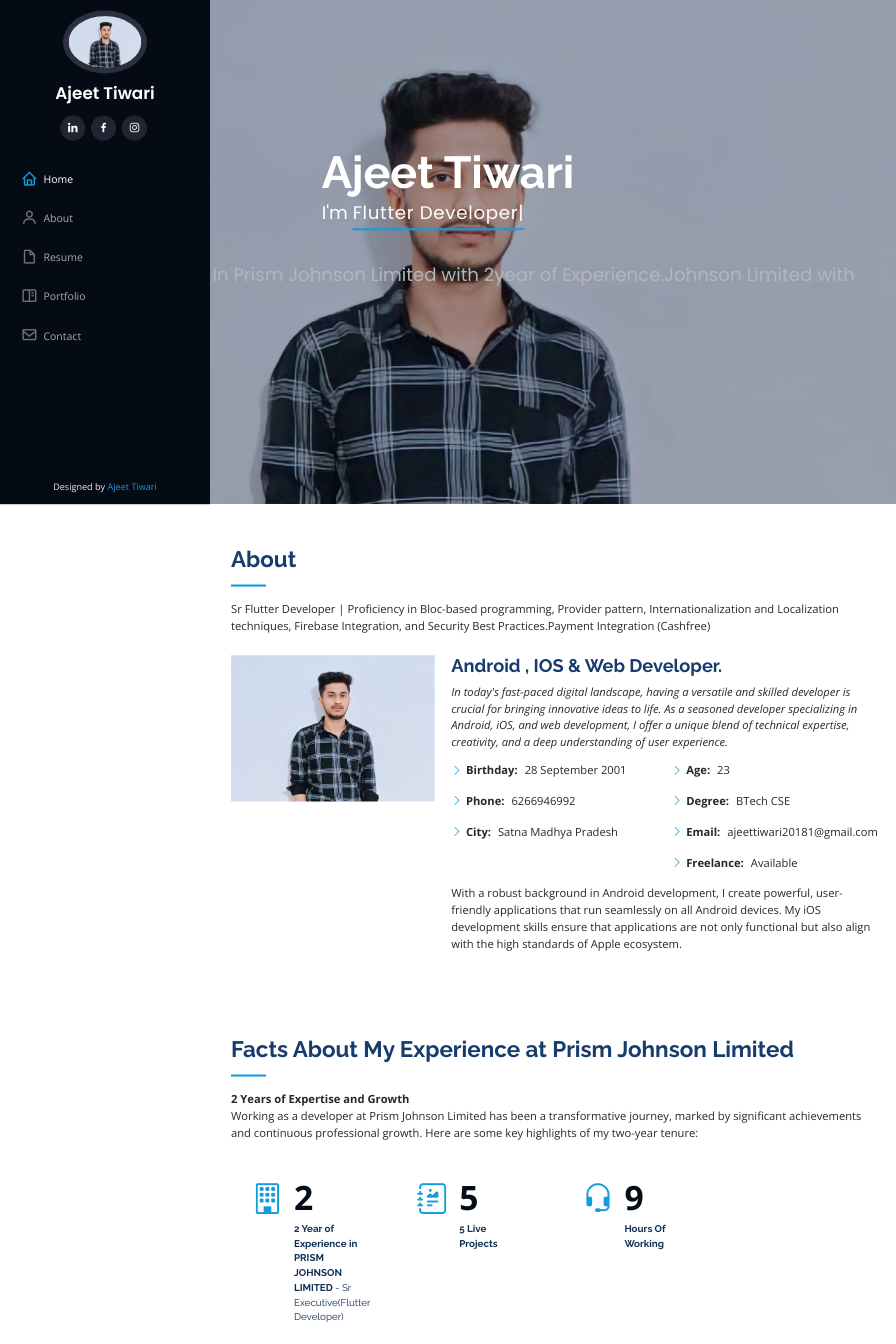
Repository: ajeettiwari-2809/iPortfolio
Page: index.html
These files come from the project's save history. The page is drawn as it stood at one moment and after the next save; the edit follows.
The browser window is 1280 px wide. The pictures show the part of the page from y = 0 to 1920 px (the page is 5395 px tall before and 5435 px after), at 70% of full size.
A picture or video elsewhere on the page could not be fetched, so the positions and the page height are approximate. Backgrounds fixed to the window are drawn as part of the page.

Above is the page before, as saved 2024-06-05 15:23:59.

After the next save:
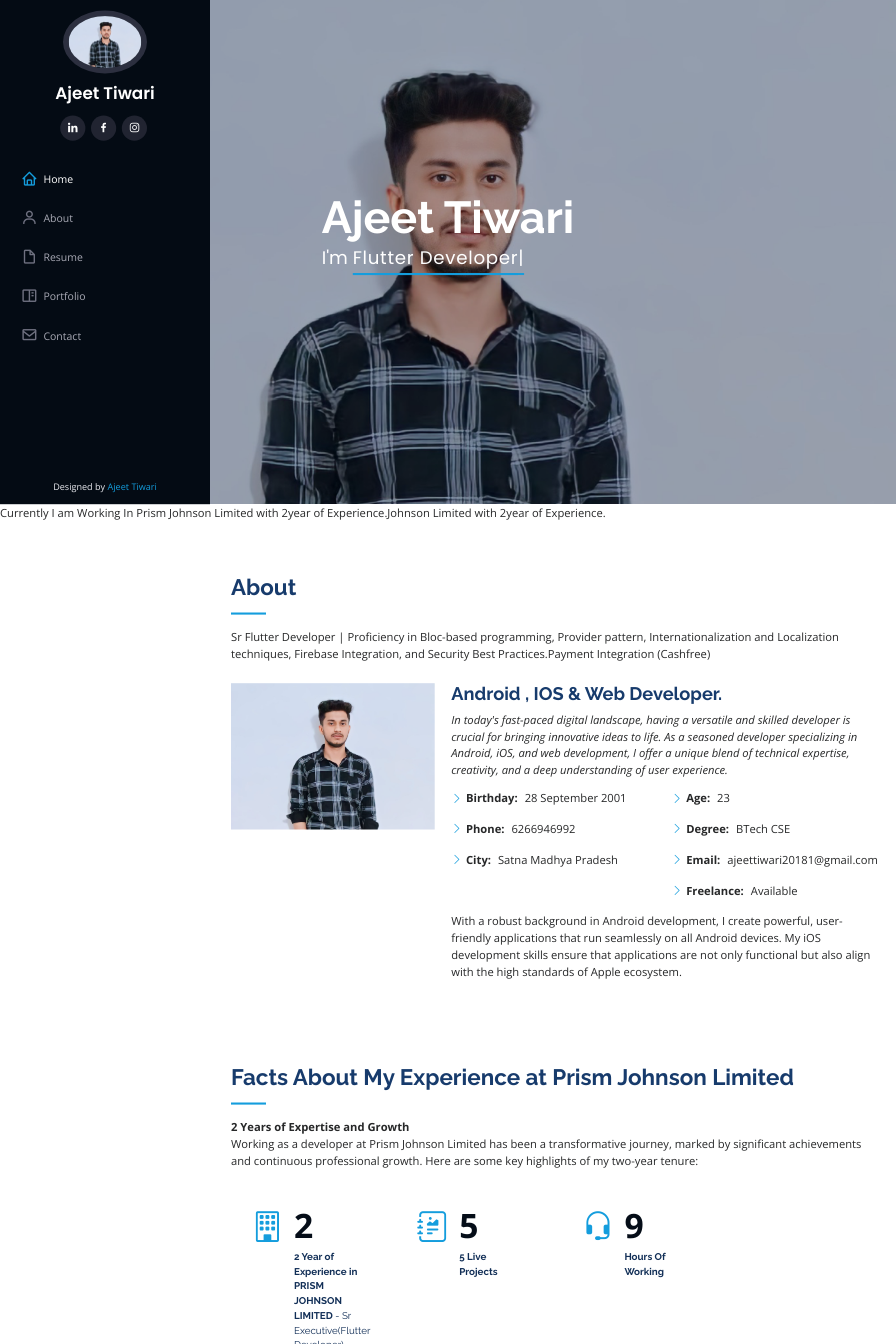
Saved 12 s later.
--- a/index.html
+++ b/index.html
@@ -77,8 +77,9 @@
       <h1>Ajeet Tiwari</h1>
       <p>I'm <span class="typed" data-typed-items="Sr. Executive, Flutter Developer, Freelancer, Web Developer"></span></p>
     </div>
-    <p>Currently I am Working In Prism Johnson Limited with 2year of Experience.Johnson Limited with 2year of Experience. </p>
+
   </section><!-- End Hero -->
+  <p>Currently I am Working In Prism Johnson Limited with 2year of Experience.Johnson Limited with 2year of Experience. </p>
 
   <main id="main">
 

After the 2 saves that followed:
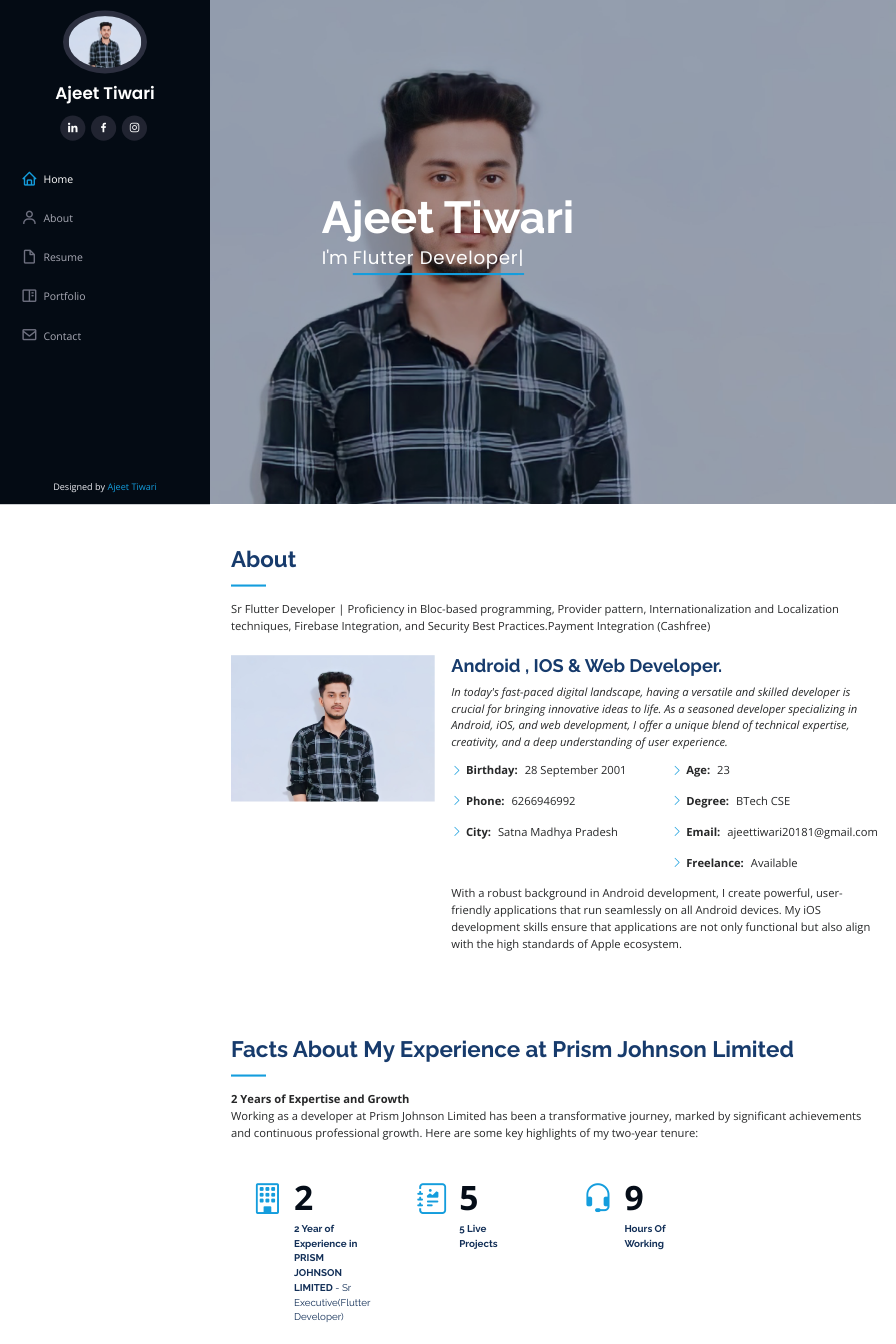
The 2 saves are shown as one change because 1 left the picture as it was.
The last was saved 18 s later.
--- a/index.html
+++ b/index.html
@@ -79,7 +79,6 @@
     </div>
 
   </section><!-- End Hero -->
-  <p>Currently I am Working In Prism Johnson Limited with 2year of Experience.Johnson Limited with 2year of Experience. </p>
 
   <main id="main">
 
